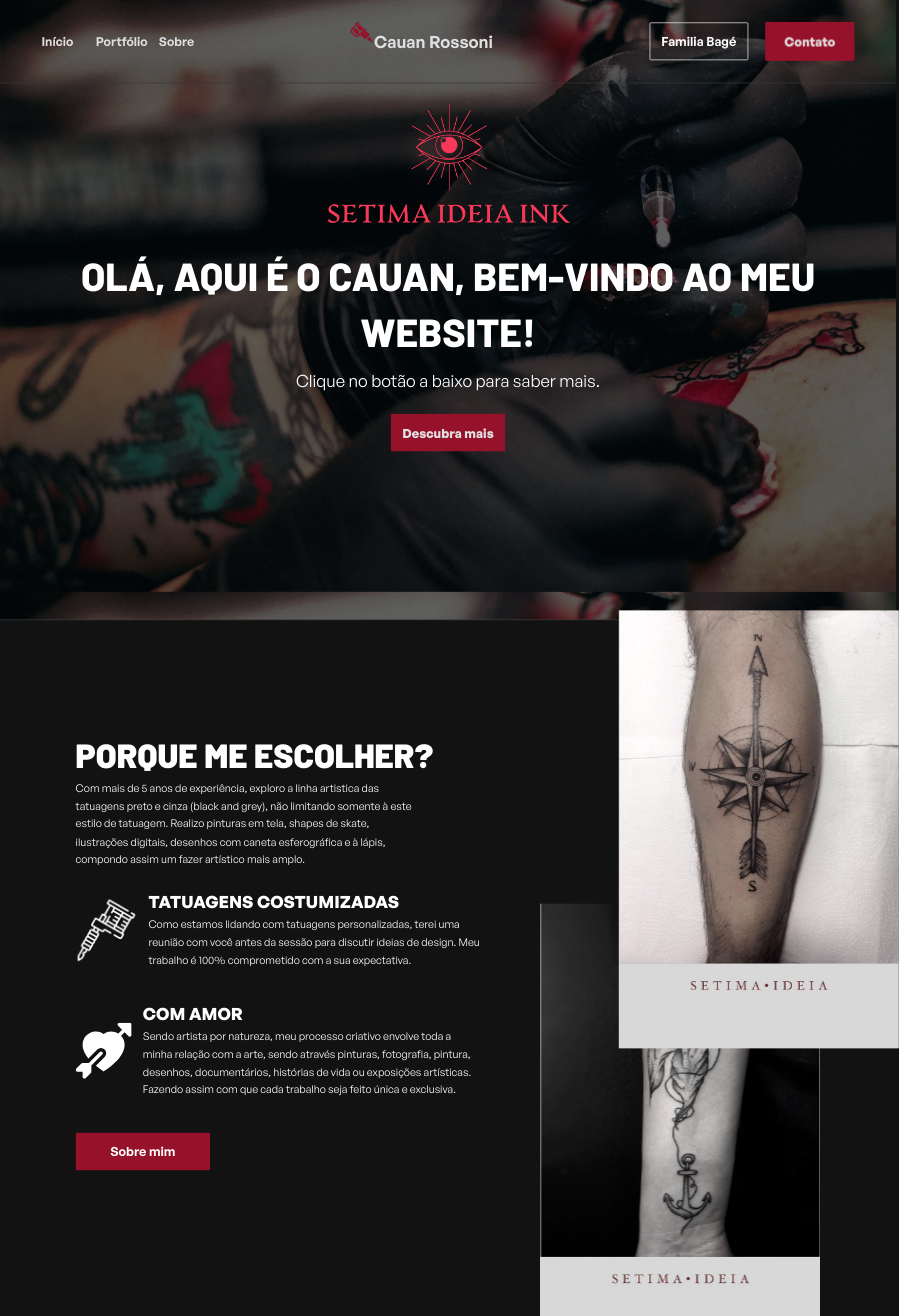
Repository: Leoka2000/S-tima-Ideia
Page: /
These files come from the project's save history. The page is drawn as it stood at one moment and after a run of saves; the edit follows.
The browser window is 1280 px wide. The page is 1284 px wide, so the pictures cover 1284 px, including what lies to the right of the window. The pictures show the part of the page from y = 0 to 1880 px (the page is 7098 px tall before and 7066 px after), at 70% of full size.
Backgrounds fixed to the window are drawn as part of the page. The project was rebuilt for these pictures with package versions that can differ from the ones it lists, and the page was loaded fresh each time. Some packages were replaced by stand-ins written for this rebuild. Also part of the build but not shown: src/pages/main/instagram/instagram.css, src/pages/main/instagram/instagram.jsx, src/App.css, src/pages/portfolio/portfolio.css, src/data/database-common.js, src/pages/portfolio/loop-content.jsx, src/pages/portfolio/portfolio.jsx, src/pages/portfolio/index.jsx and 2 more. Imported but missing from the stored project, and not drawn on this page: src/assets/videos/cauan-video.mp4.

Above is the page before, as saved 2023-05-22 14:50:51.

### public/index.html
<!DOCTYPE html>
<html lang="en">
  <head>
    <meta charset="utf-8" />
    <link rel="icon" href="%PUBLIC_URL%/logo.png" />
    <meta name="viewport" content="width=device-width, initial-scale=1" />
    <meta name="theme-color" content="#000000" />
    <meta
      name="description"
      content="Web site created using create-react-app"
    />
    <link rel="apple-touch-icon" href="%PUBLIC_URL%/logo192.png" />
    <!--
      manifest.json provides metadata used when your web app is installed on a
      user's mobile device or desktop. See https://developers.google.com/web/fundamentals/web-app-manifest/
    -->
    <link rel="manifest" href="%PUBLIC_URL%/manifest.json" />
    <!--
      Notice the use of %PUBLIC_URL% in the tags above.
      It will be replaced with the URL of the `public` folder during the build.
      Only files inside the `public` folder can be referenced from the HTML.

      Unlike "/favicon.ico" or "favicon.ico", "%PUBLIC_URL%/favicon.ico" will
      work correctly both with client-side routing and a non-root public URL.
      Learn how to configure a non-root public URL by running `npm run build`.
    -->
    <title>Setima Idea.ink</title>
  </head>
  <body>
    <noscript>You need to enable JavaScript to run this app.</noscript>
    <div id="root"></div>
    <!--
      This HTML file is a template.
      If you open it directly in the browser, you will see an empty page.

      You can add webfonts, meta tags, or analytics to this file.
      The build step will place the bundled scripts into the <body> tag.

      To begin the development, run `npm start` or `yarn start`.
      To create a production bundle, use `npm run build` or `yarn build`.
    -->
  </body>
</html>

### src/pages/main/index/index.jsx
import React from 'react'
import Hero from '../hero/hero'
import About from '../about/about'
import Carousel from '../carousel/carousel'
import HorizontalParallax2 from '../carousel/carousel2'
import LookPortfolio from '../olhe-portfolio'
import Video from '../video/video'
import Instagram from '../instagram/instagram'
import Form from '../contact/form'
import Contact from '../contact'
import Sobre from '../../sobre/about/about'

const index = () => {
  return (
    <>
      <Hero/>
      <About/>
      <Carousel/>
      <HorizontalParallax2/>
      <LookPortfolio/>
      <Video/>
      <Sobre/>
      {/* <Instagram/> */}
      <Contact/>
    </>
  )
}

export default index

### src/pages/sobre/about/about.jsx
import React from 'react'
import "./about.css"
import { BsFacebook } from 'react-icons/bs'
import { BsInstagram } from 'react-icons/bs'
import { AiOutlineMail } from 'react-icons/ai'
import cauan from '../../../assets/images/cauan.jpg'
import {Link} from 'react-scroll'

const Sobre = () => {
  return (
    <section id='about' className='sobre-section'>
      <main>
        <div className='sobre-left'>
          <h2>Tatuador na equipe Família Bagé.</h2>
          <h1>Cauan Rossoni Feversani</h1>
          <p>Magna nisl egestas amet netus lectus malesuada diam et ullamcorper et in urna maecenas praesent ut vitae tempus sollicitudin pharetra ipsum molestie urna scelerisque.</p>
          <div className='sobre-icons-wrapper'>
            <a target='_blank' href='https://www.instagram.com/setimaideia.ink'>
              <BsInstagram />
            </a>
            <a href='mailto:contato.cauanrf@gmail.com'>
              <AiOutlineMail />
            </a>
          </div>
          <div className='sobre-button-wrapper'>
          <Link style={{ textDecoration: 'none' }} spy={true} smooth={true} offset={100} duration={500} to='form' ><button className='solid'>Contato</button></Link>
            <a target='_blank' href='https://www.instagram.com/setimaideia.ink'><button className='transparent'>Veja o portfólio</button></a>
          </div>
        </div>
        <div className='sobre-right'>
          <img alt='cauan' src={cauan}/>
        </div>
      </main>
    </section>
  )
}

export default Sobre

### src/components/footer/footer.jsx
import { useEffect } from 'react'
import './footer.css'
import { BsFacebook } from 'react-icons/bs'
import { BsInstagram } from 'react-icons/bs'
import { AiOutlineMail } from 'react-icons/ai'
import machine from '../../assets/icons/tattoo-machine.png'
import bage from '../../assets/brand/bage.jpg'
import { useLocation } from 'react-router-dom'
import { Link } from 'react-scroll'

const Footer = () => {

    const location = useLocation();

    useEffect(() => {
        window.scrollTo(0, 0);
    }, [location.pathname]);


    return (
        <footer>
            <main>
                <div className='footer-left'>
                    <div className='footer-cauan'>
                        <img src={machine} />
                        <p>Cauan Rossoni</p>
                    </div>

                    <div className='footer-icons-wrapper'>
                        <a target='_blank' href='https://www.instagram.com/setimaideia.ink/'>< BsInstagram /></a>
                        <a target='_blank' href='mailto:contato.cauanrf@gmail.com'><AiOutlineMail /></a>
                    </div>
                </div>
                <div className='footer-middle'>
                    <h1>Páginas</h1>
                    <Link style={{ textDecoration: 'none' }} spy={true} smooth={true} offset={100} duration={500} to='inicio' >Início</Link>
                    <Link style={{ textDecoration: 'none' }} spy={true} smooth={true} offset={100} duration={500} to='portfolio' >Portfolio</Link>
                    <Link style={{ textDecoration: 'none' }} spy={true} smooth={true} offset={100} duration={500} to='about' >Sobre</Link>
                </div>
                <div className='footer-right'><a target='_blank' href='https://www.instagram.com/_familiabagetattoo_/'><img src={bage} /></a></div>
            </main>
            <div className='leo-tag'>
                <p>Desenvolvido por <a style={{textDecoration: 'none'}} href='https://www.linkedin.com/in/leoreus/'>Leo Reus Oliveira</a></p>
            </div>
        </footer>
    )
}

export default Footer

### src/pages/main/hero/hero.jsx
import React from 'react';
import { motion } from 'framer-motion';
import './hero.css';
import logo from '../../../assets/brand/logoCorrected.png';
import { Link } from 'react-scroll';

const Hero = () => {
  const text = "Olá, aqui é o Cauan, bem-vindo ao meu website!";

  const parentVariants = {
    animate: {
      transition: {
        staggerChildren: 0.05,
      },
    },
  };

  const childVariants = {
    initial: {
      y: 20,
      opacity: 0,
    },
    animate: {
      y: 0,
      opacity: 1,
    },
  };

  return (
    <section id='inicio' className="hero-section">
      <div className="hero-wrapper">
        <img src={logo} alt="logo" />
        <motion.h1 variants={parentVariants} initial="initial" animate="animate">
          {text.split("").map((letter, index) => (
            <motion.span key={index} variants={childVariants}>{letter}</motion.span>
          ))}
        </motion.h1>
        <h2>Clique no botão a baixo para saber mais.</h2>
        <div>
          <Link to='about' className="colored-hero" style={{textDecoration: 'none'}} spy={true} smooth={true} offset={100} duration={500}>Descubra mais</Link>
        </div>
      </div>
    </section>
  );
};

export default Hero;

### src/pages/main/carousel/carousel.jsx
import C1 from '../../../assets/carousel/c1.jpg'
import C2 from '../../../assets/carousel/c2.jpg'
import C3 from '../../../assets/carousel/c3.jpg'
import C4 from '../../../assets/carousel/c4.jpg'
import C5 from '../../../assets/carousel/c5.jpg'
import C6 from '../../../assets/carousel/c6.jpg'
import C7 from '../../../assets/carousel/c7.jpg'
import C8 from '../../../assets/carousel/c8.jpg'
import C9 from '../../../assets/carousel/c9.jpg'
import C10 from '../../../assets/carousel/c10.jpg'

import { motion, useTransform, useScroll, circOut } from "framer-motion";
import React from "react";
import './carousel.css'

const images = [
  C1,
  C5,
  C4,
  C7,
  C2,
  C6,
  C8,
  C9,
  C10,
];

const HorizontalParallax = () => {
  const { scrollYProgress } = useScroll();
  const x = useTransform(scrollYProgress,
     [0, 1],
      [0, -2000],
      { clamp: false, velocity: 0.1, ease: circOut });

  return (
    <div className="horizontal-parallax">
      <motion.div
        className="images-container"
        style={{ x }}
      >
        {images.map((image, index) => (
          <div key={index} className="image">
            <img src={image} alt={`Image ${index}`} />
          </div>
        ))}
      </motion.div>
    </div>
  );
};

export default HorizontalParallax;

### src/pages/main/carousel/carousel2.jsx
import { motion, useTransform, useScroll, circOut } from "framer-motion";
import React from "react";
import './carousel.css'
import C1 from '../../../assets/carousel/c10.jpg'
import C2 from '../../../assets/carousel/c9.jpg'
import C3 from '../../../assets/carousel/c8.jpg'
import C4 from '../../../assets/carousel/c7.jpg'
import C5 from '../../../assets/carousel/c6.jpg'
import C6 from '../../../assets/carousel/c5.jpg'
import C7 from '../../../assets/carousel/c4.jpg'
import C8 from '../../../assets/carousel/c3.jpg'
import C9 from '../../../assets/carousel/c2.jpg'
import C10 from '../../../assets/carousel/c1.jpg'

const images = [
  C2,
  C3,
  C4,
  C1,
  C5,
  C6,
  C7,
  C8,
  C9,
  C10,
];

const HorizontalParallax2 = () => {
  const { scrollYProgress } = useScroll();
  const x = useTransform(scrollYProgress, [1, 0], [0, -2000], {ease: circOut });

  return (
    <div className="horizontal-parallax">
      <motion.div
        className="images-container"
        style={{ x }}
      >
        {images.map((image, index) => (
          <div key={index} className="image">
            <img src={image} alt={`Image ${index}`} />
          </div>
        ))}
      </motion.div>
    </div>
  );
};

export default HorizontalParallax2;

### src/pages/main/olhe-portfolio/index.jsx
import React from 'react'
import './index.css'
import img from '../../../assets/images/lookportfolio-img.png'
import silhouete from '../../../assets/icons/about-tattoo-machine.png'
import clown from '../../../assets/icons/rose.png'
import { useInView } from 'react-intersection-observer';
import { motion } from 'framer-motion'
import { Link } from 'react-router-dom'

const LookPortfolio = () => {

  const [ref1, inView1] = useInView({
    threshold: 0.3,
    triggerOnce: true,
    delay: 0.7
  });

  const [ref2, inView2] = useInView({
    threshold: 0.3,
    triggerOnce: true,
    delay: 0.9
  });

  return (
    <section id='portfolio' className='look-portfolio-section'>
      <img className='silhouete' src={silhouete} />
      <img className='clown' src={clown} />
      <motion.div
        ref={ref1}
        initial={{ opacity: 0 }}
        animate={inView1 ? { opacity: 1 } : { opacity: 0 }}
        transition={{ duration: 1 }}
        className='look-portfolio-left'>
        <img src={img} />
      </motion.div>
      <motion.div
        ref={ref2}
        initial={{ opacity: 0 }}
        animate={inView2 ? { opacity: 1 } : { opacity: 0 }}
        transition={{ duration: 1 }}
        className='look-portfolio-right'>
        <h1>Confira o meu portfólio!</h1>
        <p>Clique no link a baixo para acessar o meu portfólio no Instagram. Lá, você pode encontrar uma exposição dos meus trabalhos atualizados.</p>
        <a
         style={{textDecoration:'none'}} to='/portfolio'>Saiba mais</a>
      </motion.div>

    </section>
  )
}

export default LookPortfolio

### src/pages/main/video/video.jsx
import React, { useState } from 'react';
import './video.css';
import cauan from '../../../assets/videos/cauan-video.mp4'
import thumb from '../../../assets/images/Thumbnail.jpg'
import { FaPlay, FaTimes } from "react-icons/fa";

function Video() {
    const [showVideo, setShowVideo] = useState(false);

    function handlePlayClick() {
        setShowVideo(true);
        document.body.style.overflow = 'hidden';
    }

    function handleCloseClick() {
        setShowVideo(false);
        document.body.style.overflow = 'visible';
    }

    return (
        <section className="video-thumbnail">
            <div className='overlay-effect'>
                <div
                    className="thumbnail-image"

                >
                    <button
                        className="play-button"
                        onClick={handlePlayClick}
                    >
                        <FaPlay className="play-icon" />
                    </button>
                </div>
                {showVideo && (
                    <div className="video-overlay">
                        <button className="close-button" onClick={handleCloseClick}>
                            <FaTimes className="close-icon" />
                        </button>
                        <div className="video-wrapper">
                            <video src={cauan} controls autoPlay />
                        </div>
                    </div>
                )}
            </div>
        </section>
    );
}

export default Video

### src/pages/main/contact/index.jsx
import React from 'react'
import Form from './form'
import './form.css'
import { useInView } from 'react-intersection-observer';
import { motion } from 'framer-motion'
import { AiFillMessage } from 'react-icons/ai'
import { AiOutlineFieldTime } from 'react-icons/ai'
import { BsCashStack } from 'react-icons/bs'
import { MdFastfood} from 'react-icons/md'
import {BsCapsulePill} from 'react-icons/bs'

const Index = () => {

  const [ref1, inView1] = useInView({
    threshold: 0.7,
    triggerOnce: true,
    delay: 0.9
  });

  return (
    <section className='form-section-parent'>

      <motion.header
        ref={ref1}
        initial={{ opacity: 0 }}
        animate={inView1 ? { opacity: 1 } : { opacity: 0 }}
        transition={{ duration: 1 }}
        className='form-header'>
        <h1>INFORMAÇÕES IMPORTANTES!</h1>
        <p>Este site tem a intenção de fazer com que você me conheça melhor. Se você deseja marcar uma tatuagem comigo, leia as informações abaixos.</p>
        <div className='row-wrapper'>
          <div>
            <span><AiFillMessage /></span>
            <p>Envie-me uma mensagem no Instagram e uma foto de referência ou mencione a ID de um dos meus trabalhos presentes na seção de portfólio deste site.</p>
          </div>
          <div>
            <span><BsCashStack /></span>
            <p>Para agendar uma tatuagem comigo, você precisará pagar um depósito, e esse valor será destinado para o custo total do trabalho.</p>
          </div>
          <div>
            <span><AiOutlineFieldTime /></span>
            <p>Será necessário 48 horas de antecedência para cancelar ou reagendar uma sessão. Se você não conseguir fazer isso, precisará marcar outro agendamento e pagar um depósito extra.</p>
          </div>
          <div>
            <span><MdFastfood /></span>
            <p>Certifique-se de comer, se hidratar e descansar antes de realizer sua tatuagem.</p>
          </div>
          <div>
            <span><BsCapsulePill/></span>
            <p>Não venha de ressaca ou sob o efeito de drogas.</p>
          </div>

        </div>

      </motion.header>
      <Form />
    </section >
  )
}

export default Index

### src/pages/main/hero/hero.css
@import url('https://fonts.googleapis.com/css?family=Barlow:100,300,400,500,600,700,800,900&display=swap');

.hero-section {
    padding: 8rem 0rem 15rem 0;

    background-image: linear-gradient(180deg, rgba(0, 0, 0, 0.6), rgba(0, 0, 0, 0.6)), url("../../../assets/images/hero-bg.jpg");

    background-position: 0px 0px, 50% 0%;
    background-size: auto, cover;
    background-repeat: repeat, no-repeat;
    background-attachment: scroll, fixed;
    border-bottom: 1px solid #393939;

}

.hero-wrapper {
    display: flex;
    flex-direction: column;
    justify-content: center;
    align-items: center;
}

.hero-wrapper>img {
    width: 24rem;
    margin-bottom: 1rem;
}

.hero-wrapper>h1 {
    font-size: 3.5rem;
    line-height: 5rem;
    max-width: 70rem;
    font-weight: 800;
    text-transform: uppercase;
    text-align: center;
    font-family: Barlow, sans-serif;
    margin-bottom: 1rem;
}

.hero-wrapper>h2 {
    font-size: 1.5rem;
    font-weight: 400;
    font-family: 'General Sans', sans-serif;
}
.hero-wrapper > div {
    display: flex;
    gap: 2rem;
    align-items: center;
    justify-content: center;
    margin-top: 2rem;
}
.colored-hero {
    padding: 1rem;

    cursor: pointer;
    -webkit-box-pack: center;
    -webkit-justify-content: center;
    -ms-flex-pack: center;
    justify-content: center;
    border: 1px solid transparent;
    border-radius: 2px;
    background-color: #96122a;
    -webkit-transition: box-shadow 300ms ease, -webkit-transform 300ms ease;
    transition: box-shadow 300ms ease, -webkit-transform 300ms ease;
    transition: box-shadow 300ms ease, transform 300ms ease;
    transition: box-shadow 300ms ease, transform 300ms ease, -webkit-transform 300ms ease;
    font-family: 'General Sans', sans-serif;
    color: rgb(224, 224, 224);
    line-height: 1.111em;
    font-weight: 600;
    text-align: center;
    text-decoration: none;
    text-transform: none;
    -webkit-transform-style: preserve-3d;
    transform-style: preserve-3d;
}

.colored-hero:hover {
    box-shadow: 0 10px 20px 0 rgba(248, 19, 60, 0.2);
    -webkit-transform: translate3d(0px, -3px, 0.01px);
    transform: translate3d(0px, -3px, 0.01px);


}

.transparent-hero:hover {
    background-color: #fff;
    -webkit-transform: translate3d(0px, -3px, 0.01px);
    transform: translate3d(0px, -3px, 0.01px);
    color: #121213;
}

.transparent-hero {
    padding: 0 1rem 0 1rem;
    border-radius: 2px;
    height: 3.5rem;
    display: flex;
    align-items: center;
    justify-content: center;
    cursor: pointer;
    border-style: solid;
    border-width: 1px;
    border-color: #f0f0f0;
    background-color: transparent;
    box-shadow: 0 4px 10px 0 rgba(0, 0, 0, 0.2);
    -webkit-transition: background-color 300ms ease, color 300ms ease, -webkit-transform 300ms ease;
    transition: background-color 300ms ease, color 300ms ease, -webkit-transform 300ms ease;
    transition: transform 300ms ease, background-color 300ms ease, color 300ms ease;
    transition: transform 300ms ease, background-color 300ms ease, color 300ms ease, -webkit-transform 300ms ease;
    font-family: 'General Sans', sans-serif;
    color: #fff;
    line-height: 1.111em;
    font-weight: 500;
    text-align: center;
    text-transform: none;
    -webkit-transform-style: preserve-3d;
    transform-style: preserve-3d;
}
@media screen and (max-width: 650px) {
    .hero-wrapper>h1 {
        font-size: 2.6rem;
        line-height: 3rem;
    }
    .hero-wrapper>h2 {
        text-align: center;
        margin-bottom: 0rem;
        width: 20rem;
    }
    .hero-section {
        padding: 10rem 0rem 4rem 0;
        background-image: linear-gradient(180deg, rgba(0, 0, 0, 0.6), rgba(0, 0, 0, 0.6)), url("../../../assets/images/hero-bg.jpg");
        background-position: 0px 0px, 50% 0%;
background-size:69rem;
background-repeat: repeat, no-repeat;
background-attachment: scroll, fixed;

    }
    }


@media screen and (max-width: 500px) {
    .hero-wrapper{
        margin-right: 1rem;
        margin-left: 1rem;
    }
    .hero-wrapper>h1 {
        font-size: 1.8rem;
        line-height: 2.4rem;
        max-width: 70rem;
        font-weight: 800;
        text-transform: uppercase;
        text-align:center;
        font-family: Barlow, sans-serif;
        margin-bottom: 1rem;
    }
    .hero-wrapper>img {
        width: 15rem;
    }
    .hero-wrapper>h2 {
        font-size: 1.5rem;
        line-height: 1.5rem;
        font-weight: 400;
        font-family: 'General Sans', sans-serif;
        text-align: center;
        width: 16rem;
    }
    .hero-wrapper > div {
        flex-direction: column;
        width: 90%;
    }
    .hero-wrapper > div > a {
       width: 100%;
    }


}

### src/pages/main/carousel/carousel.css
.horizontal-parallax {
  position: relative;
  width: 100%;
  height: 400px;
  overflow-x: hidden;
}

.images-container {
  position: absolute;
  top: 0;
  left: 0;
  height: 100%;
  white-space: nowrap;
}

.image {
  display: inline-block;
  width: 400px;
  height: 350px;
  margin-right: 20px;
  overflow: hidden;
}

.image img {
  width: 100%;
  height: 100%;
  object-fit: cover;
}

@media screen and (max-width: 650px) {
  .image {
    display: inline-block;
    width: 210px;
    height: 245px;
    margin-right: 20px;
    overflow: hidden;
  }
  .horizontal-parallax {
    position: relative;
    width: 100%;
    height: 350px;
    overflow-x: hidden;
  }

}

Loaded but not shown: src/index.js (36 lines, source omitted); src/routes.js (29 lines, source omitted); src/pages/main/contact/form.css (328 lines, source omitted); src/pages/sobre/about/about.css (260 lines, source omitted); src/components/navbar/navbar.css (277 lines, source omitted); src/pages/main/about/about.css (257 lines, source omitted); src/pages/main/contact/form.jsx (95 lines, source omitted); src/index.css (112 lines, source omitted); src/pages/main/olhe-portfolio/index.css (156 lines, source omitted); src/pages/main/about/about.jsx (76 lines, source omitted); src/components/navbar/navbar.jsx (80 lines, source omitted); src/components/footer/footer.css (122 lines, source omitted); src/pages/main/video/video.css (140 lines, source omitted)

After the next 2 saves:
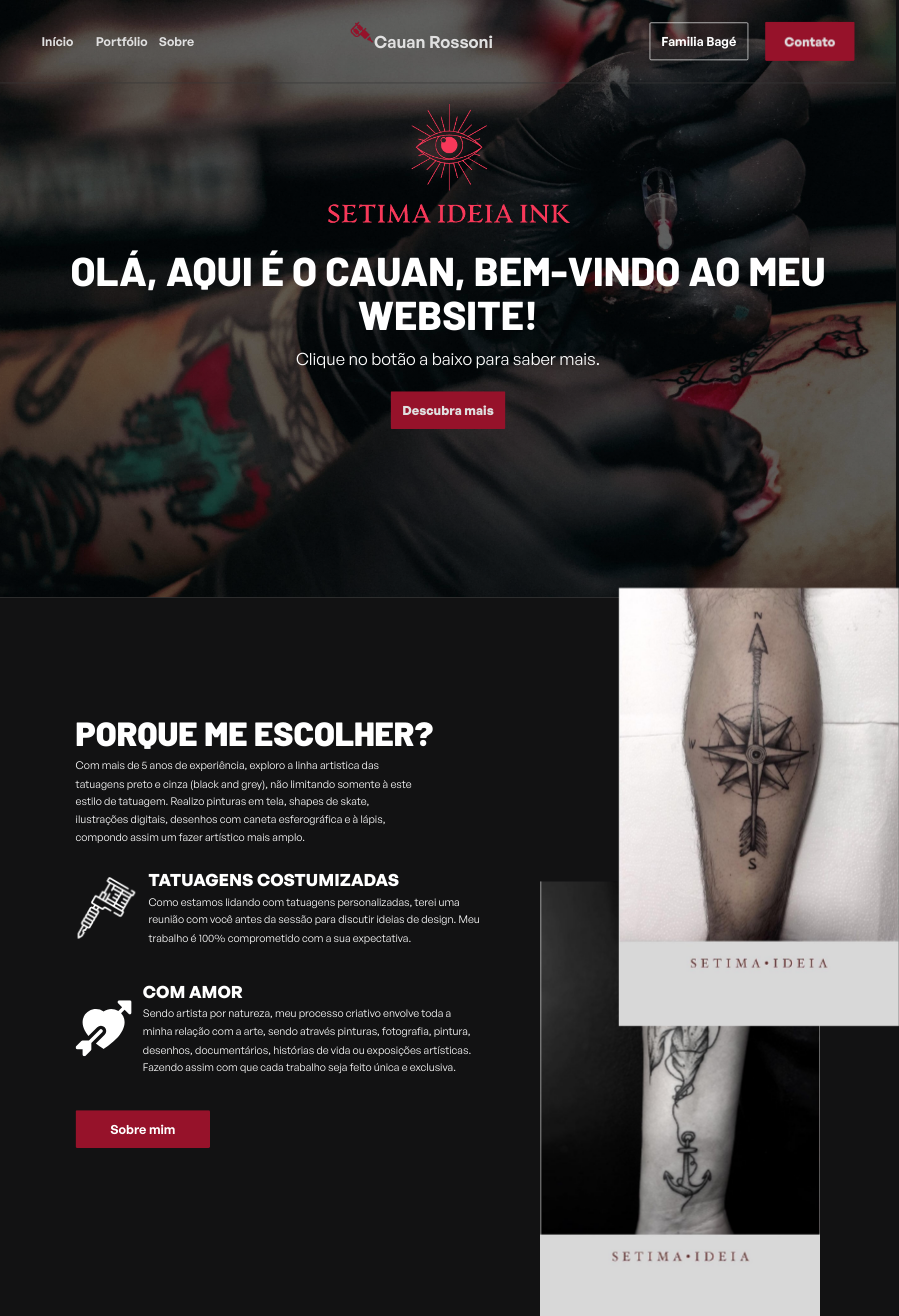
The 2 saves are shown as one change because they came seconds apart.
The last was saved 8 s later.
--- a/src/pages/main/hero/hero.css
+++ b/src/pages/main/hero/hero.css
@@ -26,8 +26,8 @@
 }
 
 .hero-wrapper>h1 {
-    font-size: 3.5rem;
-    line-height: 5rem;
+    font-size: 3.6rem;
+    line-height: 4rem;
     max-width: 70rem;
     font-weight: 800;
     text-transform: uppercase;
